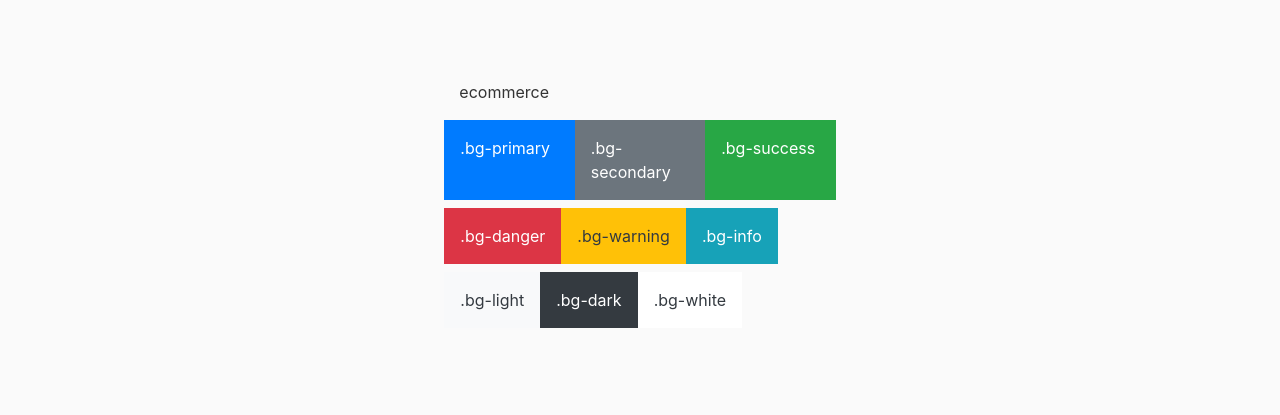
Repository: khanhdk0000/first_proj
Page: http://localhost/about?my_var=ecommerce
An editor plug-in stored every save of this project. The page is shown before and after a run of saves, followed by the edit.
The browser window is 1280 px wide. The pictures show the whole page.
Some web libraries are served in a nearby version. The page is served by the project's application, run on Flask 3 (flaskblog.py).

Above is the page before, as saved 2021-05-25 11:49:49.

After the next 2 saves:
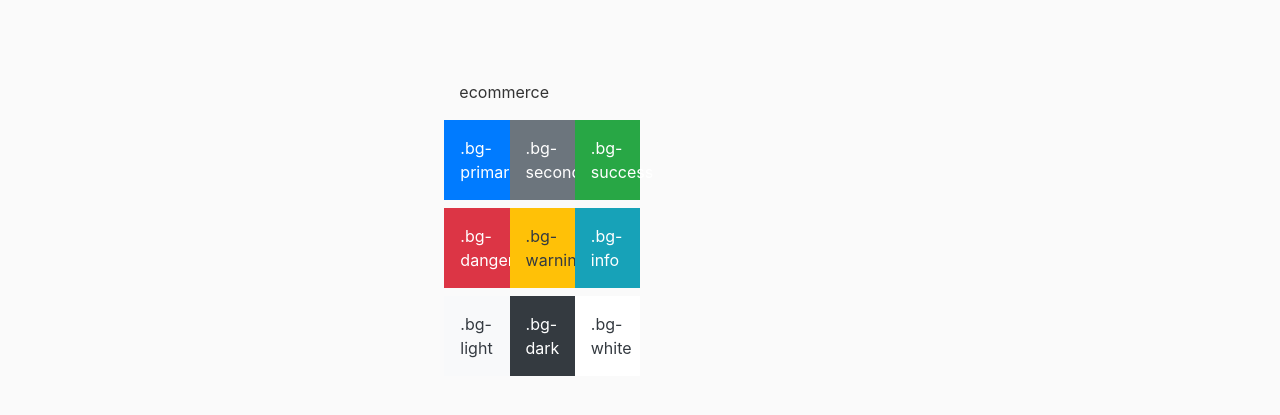
The 2 saves are shown as one change because they came seconds apart.
The last was saved 14 s later.
--- a/templates/about.html
+++ b/templates/about.html
@@ -3,21 +3,21 @@
 <div>
 <p>{{ var}}</p>
 <div class="row">
-    <div class="col p-3 mb-2 bg-primary text-white">.bg-primary</div>
-    <div class="col p-3 mb-2 bg-secondary text-white">.bg-secondary</div>
-    <div class="col p-3 mb-2 bg-success text-white">.bg-success</div>
+    <div class="col-2 p-3 mb-2 bg-primary text-white">.bg-primary</div>
+    <div class="col-2 p-3 mb-2 bg-secondary text-white">.bg-secondary</div>
+    <div class="col-2 p-3 mb-2 bg-success text-white">.bg-success</div>
 </div>
 
 <div class="row">
-    <div class="col-md-auto p-3 mb-2 bg-danger text-white">.bg-danger</div>
-    <div class="col-md-auto p-3 mb-2 bg-warning text-dark">.bg-warning</div>
-    <div class="col-md-auto p-3 mb-2 bg-info text-white">.bg-info</div>
+    <div class="col-2 p-3 mb-2 bg-danger text-white">.bg-danger</div>
+    <div class="col-2 p-3 mb-2 bg-warning text-dark">.bg-warning</div>
+    <div class="col-2 p-3 mb-2 bg-info text-white">.bg-info</div>
 </div>
 
 <div class="row">
-    <div class="col-md-auto p-3 mb-2 bg-light text-dark">.bg-light</div>
-    <div class="col-md-auto p-3 mb-2 bg-dark text-white">.bg-dark</div>
-    <div class="col-md-auto p-3 mb-2 bg-white text-dark">.bg-white</div>
+    <div class="col-2 p-3 mb-2 bg-light text-dark">.bg-light</div>
+    <div class="col-2 p-3 mb-2 bg-dark text-white">.bg-dark</div>
+    <div class="col-2 p-3 mb-2 bg-white text-dark">.bg-white</div>
 </div>
 </div>
 </div>
